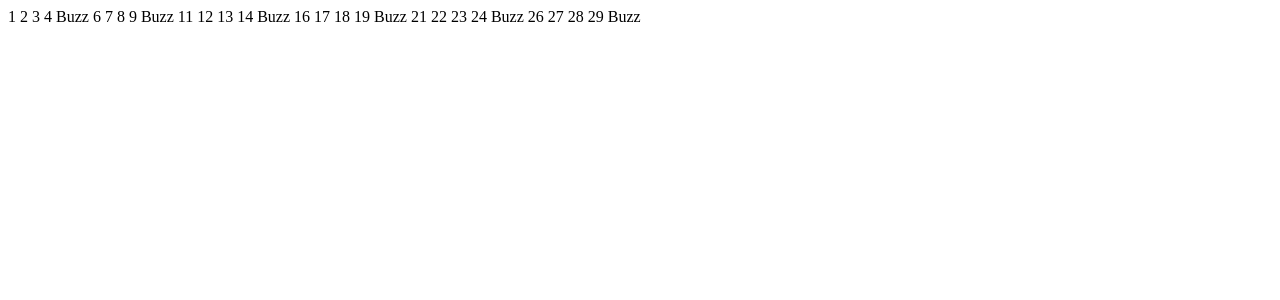
Repository: kazyakuma/Samurai_JS
Page: http://localhost/php/for.php
The author's editor kept a record of every edit. The page is drawn from the files as they stood at one moment, then again after the next edit.
The browser window is 1280 px wide. The pictures show the whole page.
The page is run by PHP 8.4 with error messages shown; the project is at /var/www/html/.

Above is the page before.

After the next edit:
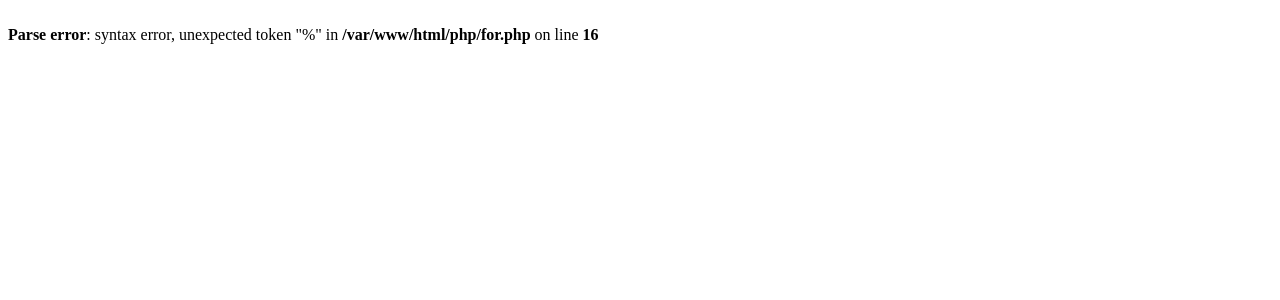
The edit:
--- a/php/for.php
+++ b/php/for.php
@@ -11,9 +11,12 @@
 
 */
 
-/*演習1*/
+/*演習*/
 for($i = 1; $i <=30; $i++){
-    if($i %5 == 0){
+    if(%i % 3 == 0){
+        print("fizz"."\n");
+    }
+    if($i % 5 == 0){
         print("Buzz"."\n");
     }else{
         print($i."\n");
